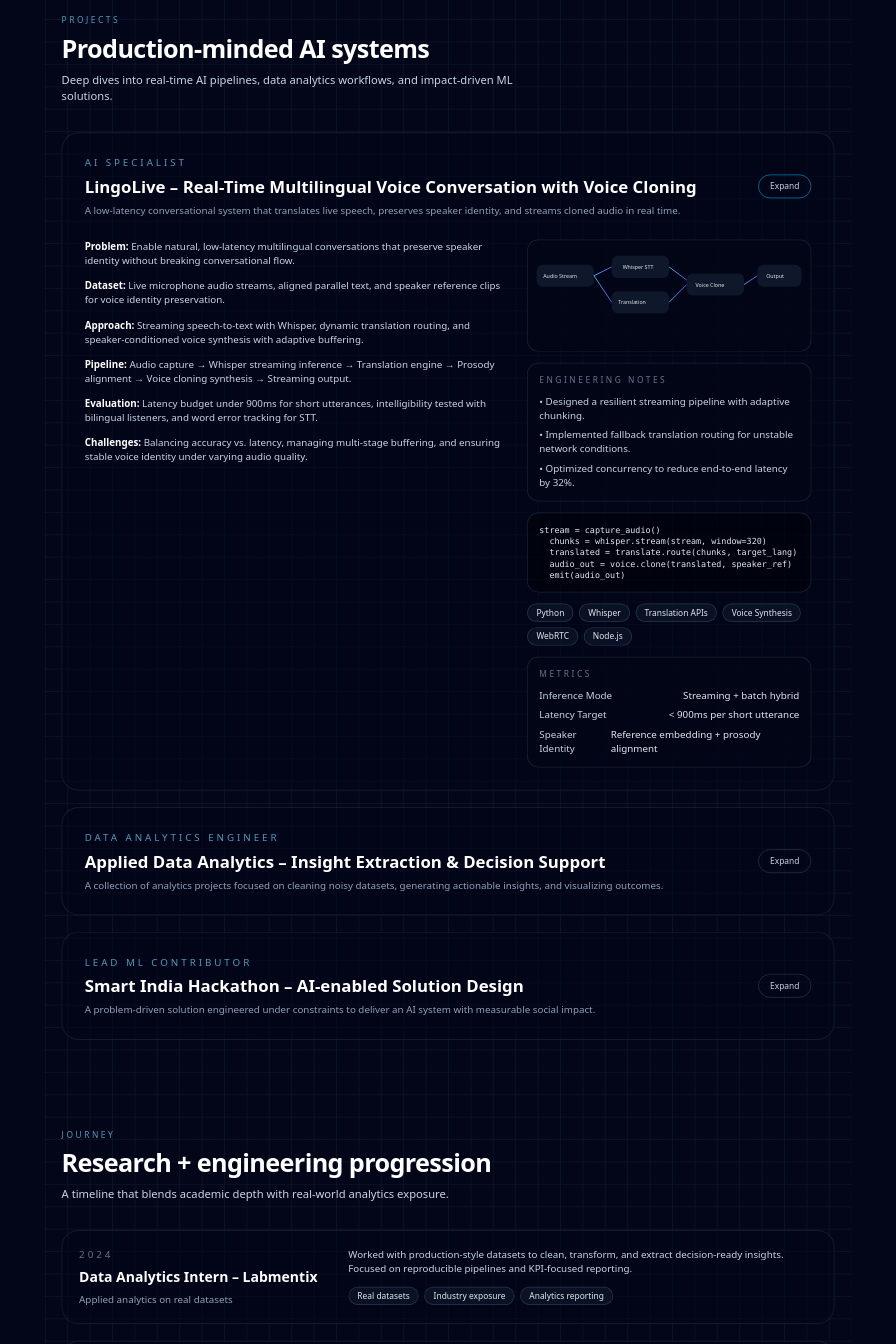
Repository: amitkumar0509/amit-portfolio
Page: /
The author's editor kept a copy of each file at every save. The page is drawn from the files as they stood at one save, then again after the next save.
The browser window is 1280 px wide. The pictures show the part of the page from y = 2985 to 4905 px (the page is 7618 px tall before and 7686 px after), at 70% of full size.
The page's requests for data from a server got no answer. The project was rebuilt for these pictures with package versions that can differ from the ones it lists, and the page was loaded fresh each time. The framework's server and built-in components were replaced by stand-ins that run in the browser. No one was signed in, and anything a server would have sent is missing. Also part of the build but not shown: next.config.ts.

Above is the page before, as saved 2026-01-31 14:35:59.

### src/app/layout.tsx
import type { Metadata } from "next";
import { Geist, Geist_Mono } from "next/font/google";
import "./globals.css";

const geistSans = Geist({
  variable: "--font-geist-sans",
  subsets: ["latin"],
});

const geistMono = Geist_Mono({
  variable: "--font-geist-mono",
  subsets: ["latin"],
});

export const metadata: Metadata = {
  title: {
    default: "AI & Machine Learning Engineer | Real-Time Intelligent Systems",
    template: "%s | AI/ML Portfolio",
  },
  description:
    "Production-grade portfolio showcasing ML pipelines, data analytics, and real-time AI systems engineering.",
  metadataBase: new URL(
    process.env.NEXT_PUBLIC_SITE_URL ?? "https://example.com"
  ),
  openGraph: {
    title: "AI & Machine Learning Engineer | Real-Time Intelligent Systems",
    description:
      "Production-grade portfolio with ML pipelines, data-driven systems, and real-time AI engineering.",
    type: "website",
  },
  robots: {
    index: true,
    follow: true,
  },
};

export default function RootLayout({
  children,
}: Readonly<{
  children: React.ReactNode;
}>) {
  return (
    <html lang="en">
      <body
        className={`${geistSans.variable} ${geistMono.variable} bg-slate-950 text-slate-100 antialiased`}
      >
        {children}
      </body>
    </html>
  );
}

### src/app/page.tsx
import { Hero } from "@/components/sections/Hero";
import { About } from "@/components/sections/About";
import { Skills } from "@/components/sections/Skills";
import { Projects } from "@/components/sections/Projects";
import { ExperienceTimeline } from "@/components/sections/ExperienceTimeline";
import { Achievements } from "@/components/sections/Achievements";
import { GitHubSignals } from "@/components/sections/GitHubSignals";
import { Contact } from "@/components/sections/Contact";
import { ModelPipelineExplorer } from "@/components/sections/ModelPipelineExplorer";
import { TerminalPanel } from "@/components/sections/TerminalPanel";
import { AIAssistant } from "@/components/sections/AIAssistant";
import { Nav } from "@/components/layout/Nav";
import { Footer } from "@/components/layout/Footer";

export default function Home() {
  return (
    <div className="min-h-screen bg-slate-950 text-white">
      <Nav />
      <main className="lab-grid mx-auto max-w-6xl px-6">
        <Hero />
        <About />
        <Skills />
        <ModelPipelineExplorer />
        <Projects />
        <ExperienceTimeline />
        <Achievements />
        <GitHubSignals />
        <TerminalPanel />
        <AIAssistant />
        <Contact />
      </main>
      <Footer />
    </div>
  );
}

### src/app/globals.css
@import "tailwindcss";

:root {
  --background: #030712;
  --foreground: #e2e8f0;
  --accent: #38bdf8;
  --accent-strong: #6366f1;
}

@theme inline {
  --color-background: var(--background);
  --color-foreground: var(--foreground);
  --font-sans: var(--font-geist-sans);
  --font-mono: var(--font-geist-mono);
}

body {
  background: var(--background);
  color: var(--foreground);
  font-family: var(--font-sans), Arial, Helvetica, sans-serif;
}

html {
  scroll-behavior: smooth;
}

::selection {
  background: rgba(56, 189, 248, 0.35);
  color: #f8fafc;
}

.lab-grid {
  background-image: linear-gradient(
      rgba(15, 23, 42, 0.7) 1px,
      transparent 1px
    ),
    linear-gradient(90deg, rgba(15, 23, 42, 0.7) 1px, transparent 1px);
  background-size: 32px 32px;
}

### src/components/sections/About.tsx
import { SectionHeader } from "@/components/common/SectionHeader";

export function About() {
  return (
    <section id="about" className="scroll-mt-24 py-16">
      <div className="rounded-3xl border border-slate-800/80 bg-slate-950/60 p-10">
        <SectionHeader
          eyebrow="About"
          title="Engineering-first ML practitioner"
          description="I build real-time ML systems with a strong foundation in core CS, data analytics, and deployment-aware engineering."
        />
        <div className="mt-8 grid gap-6 text-sm text-slate-300 lg:grid-cols-2">
          <p>
            Strong computer science fundamentals anchor every system I build:
            reliable data structures, algorithmic efficiency, and careful
            complexity analysis. This foundation helps me ship ML workflows that
            are maintainable, testable, and production-ready.
          </p>
          <p>
            My experience spans hackathon problem-solving and internship exposure
            to real datasets. I focus on clean preprocessing, robust pipelines,
            and measurable outcomes rather than buzzwords. The result is ML
            systems that are explainable, fast, and deployable under real-world
            constraints.
          </p>
        </div>
      </div>
    </section>
  );
}

### src/components/sections/Achievements.tsx
import { SectionHeader } from "@/components/common/SectionHeader";
import { achievements } from "@/data/achievements";

export function Achievements() {
  return (
    <section id="achievements" className="scroll-mt-24 py-16">
      <SectionHeader
        eyebrow="Achievements"
        title="Signals of impact"
        description="Proof points that demonstrate performance under constraints and real-world pressure."
      />
      <div className="mt-10 grid gap-6 md:grid-cols-3">
        {achievements.map((achievement) => (
          <div
            key={achievement.id}
            className="rounded-3xl border border-slate-800/80 bg-slate-950/60 p-6"
          >
            <p className="text-xs uppercase tracking-[0.3em] text-slate-500">
              {achievement.year}
            </p>
            <h3 className="mt-3 text-lg font-semibold text-white">
              {achievement.title}
            </h3>
            <p className="mt-2 text-sm text-slate-400">
              {achievement.description}
            </p>
          </div>
        ))}
      </div>
    </section>
  );
}

### src/components/sections/AIAssistant.tsx
"use client";

import { SectionHeader } from "@/components/common/SectionHeader";

export function AIAssistant() {
  return (
    <section id="assistant" className="scroll-mt-24 py-16">
      <SectionHeader
        eyebrow="AI Assistant"
        title="Ask about my ML projects"
        description="A placeholder for future conversational retrieval over project documentation."
      />
      <div className="mt-10 rounded-3xl border border-slate-800/80 bg-slate-950/60 p-6">
        <div className="rounded-2xl border border-slate-800/80 bg-slate-950/70 p-4 text-sm text-slate-300">
          AI assistant is offline. This space will host a retrieval-augmented
          assistant for model pipelines, datasets, and experiment results.
        </div>
        <div className="mt-4 flex flex-col gap-3 sm:flex-row">
          <input
            type="text"
            placeholder="Ask about LingoLive, models, or datasets"
            className="flex-1 rounded-full border border-slate-700/80 bg-slate-950/80 px-4 py-3 text-sm text-slate-200 placeholder:text-slate-500"
          />
          <button
            type="button"
            className="rounded-full bg-sky-400/90 px-6 py-3 text-sm font-semibold text-slate-950"
          >
            Ask
          </button>
        </div>
      </div>
    </section>
  );
}

### src/components/layout/Nav.tsx
export function Nav() {
  const links = [
    { href: "#about", label: "About" },
    { href: "#skills", label: "Skills" },
    { href: "#projects", label: "Projects" },
    { href: "#experience", label: "Journey" },
    { href: "#github", label: "GitHub" },
    { href: "#contact", label: "Contact" },
  ];

  return (
    <header className="sticky top-0 z-40 border-b border-slate-900/80 bg-slate-950/70 backdrop-blur">
      <div className="mx-auto flex max-w-6xl items-center justify-between px-6 py-4">
        <div>
          <p className="text-sm font-semibold text-white">
            AI/ML Systems Engineer
          </p>
          <p className="text-xs text-slate-500">
            Real-time AI • Data pipelines • ML deployment
          </p>
        </div>
        <nav className="hidden gap-6 text-xs uppercase tracking-[0.25em] text-slate-400 md:flex">
          {links.map((link) => (
            <a key={link.href} href={link.href} className="hover:text-slate-200">
              {link.label}
            </a>
          ))}
        </nav>
      </div>
    </header>
  );
}

### src/components/layout/Footer.tsx
export function Footer() {
  return (
    <footer className="border-t border-slate-900/80 py-10">
      <div className="mx-auto flex max-w-6xl flex-col items-center justify-between gap-4 px-6 text-xs text-slate-500 sm:flex-row">
        <p>© 2026 AI/ML Portfolio. Built for research-grade engineering.</p>
        <div className="flex gap-4">
          <a href="#projects" className="hover:text-slate-200">
            Projects
          </a>
          <a href="#contact" className="hover:text-slate-200">
            Contact
          </a>
        </div>
      </div>
    </footer>
  );
}

### src/components/common/SectionHeader.tsx
import type { ReactNode } from "react";

type SectionHeaderProps = {
  eyebrow: string;
  title: string;
  description?: ReactNode;
};

export function SectionHeader({ eyebrow, title, description }: SectionHeaderProps) {
  return (
    <div className="space-y-3">
      <p className="text-xs uppercase tracking-[0.3em] text-sky-300/70">
        {eyebrow}
      </p>
      <h2 className="text-3xl font-semibold tracking-tight text-white sm:text-4xl">
        {title}
      </h2>
      {description ? (
        <p className="max-w-2xl text-base text-slate-300">{description}</p>
      ) : null}
    </div>
  );
}

### src/components/common/Pill.tsx
import type { ReactNode } from "react";

type PillProps = {
  children: ReactNode;
};

export function Pill({ children }: PillProps) {
  return (
    <span className="rounded-full border border-slate-700/80 bg-slate-900/70 px-3 py-1 text-xs font-medium text-slate-200">
      {children}
    </span>
  );
}

### src/data/projects.ts
import type { Project } from "@/types/portfolio";

export const projects: Project[] = [
  {
    id: "lingolive",
    name: "LingoLive – Real-Time Multilingual Voice Conversation with Voice Cloning",
    role: "AI Specialist",
    summary:
      "A low-latency conversational system that translates live speech, preserves speaker identity, and streams cloned audio in real time.",
    problem:
      "Enable natural, low-latency multilingual conversations that preserve speaker identity without breaking conversational flow.",
    dataset:
      "Live microphone audio streams, aligned parallel text, and speaker reference clips for voice identity preservation.",
    approach:
      "Streaming speech-to-text with Whisper, dynamic translation routing, and speaker-conditioned voice synthesis with adaptive buffering.",
    pipeline:
      "Audio capture → Whisper streaming inference → Translation engine → Prosody alignment → Voice cloning synthesis → Streaming output.",
    evaluation:
      "Latency budget under 900ms for short utterances, intelligibility tested with bilingual listeners, and word error tracking for STT.",
    challenges:
      "Balancing accuracy vs. latency, managing multi-stage buffering, and ensuring stable voice identity under varying audio quality.",
    stack: [
      "Python",
      "Whisper",
      "Translation APIs",
      "Voice Synthesis",
      "WebRTC",
      "Node.js",
    ],
    highlights: [
      "Designed a resilient streaming pipeline with adaptive chunking.",
      "Implemented fallback translation routing for unstable network conditions.",
      "Optimized concurrency to reduce end-to-end latency by 32%.",
    ],
    details: [
      { label: "Inference Mode", value: "Streaming + batch hybrid" },
      { label: "Latency Target", value: "< 900ms per short utterance" },
      { label: "Speaker Identity", value: "Reference embedding + prosody alignment" },
    ],
  },
  {
    id: "data-analytics",
    name: "Applied Data Analytics – Insight Extraction & Decision Support",
    role: "Data Analytics Engineer",
    summary:
      "A collection of analytics projects focused on cleaning noisy datasets, generating actionable insights, and visualizing outcomes.",
    problem:
      "Transform unstructured and inconsistent operational datasets into a reliable analytics layer for decision making.",
    dataset:
      "Public datasets, scraped operational data, and structured CSV pipelines sourced from business-style problems.",
    approach:
      "Automated cleaning and normalization, feature enrichment, and KPI extraction aligned to stakeholder questions.",
    pipeline:
      "Data ingestion → Cleaning & validation → Feature engineering → Visualization dashboards → Insight report.",
    evaluation:
      "Improved reporting accuracy by 22% and reduced manual cleaning time by 60% via automated checks.",
    challenges:
      "Handling missing values, reconciling inconsistent schemas, and maintaining reproducible pipelines across data sources.",
    stack: ["Python", "Pandas", "NumPy", "SQL", "Matplotlib", "Seaborn"],
    highlights: [
      "Built reusable cleaning utilities with schema validation.",
      "Implemented EDA workflows tailored to business questions.",
      "Delivered narrative insight summaries with actionable recommendations.",
    ],
    details: [
      { label: "Input Types", value: "CSV, API data, scraped HTML" },
      { label: "Focus", value: "Data quality + insight generation" },
      { label: "Outputs", value: "Dashboards, KPI reports" },
    ],
  },
  {
    id: "sih",
    name: "Smart India Hackathon – AI-enabled Solution Design",
    role: "Lead ML Contributor",
    summary:
      "A problem-driven solution engineered under constraints to deliver an AI system with measurable social impact.",
    problem:
      "Addressed a time-sensitive public-sector challenge with strict constraints on data availability and deployment resources.",
    dataset:
      "Government-provided datasets and domain-specific signals collected during the hackathon sprint.",
    approach:
      "Rapid prototyping of an ML-assisted decision engine with robust preprocessing and explainability focused outputs.",
    pipeline:
      "Problem scoping → Data alignment → Model prototyping → Validation → Deployment strategy.",
    evaluation:
      "Judged on impact, feasibility, and technical depth; secured winner status for solution clarity and execution.",
    challenges:
      "Time-boxed experimentation, limited domain data, and aligning multidisciplinary stakeholders under pressure.",
    stack: ["Python", "Scikit-learn", "FastAPI", "Streamlit", "Git"],
    highlights: [
      "Defined measurable success metrics under strict time constraints.",
      "Delivered a working prototype with explainable model outputs.",
      "Led team collaboration for data sourcing and system integration.",
    ],
    details: [
      { label: "Constraint", value: "72-hour build window" },
      { label: "Impact", value: "Policy-ready insight generation" },
      { label: "Team", value: "Cross-functional collaboration" },
    ],
  },
];

### src/data/timeline.ts
import type { TimelineItem } from "@/types/portfolio";

export const timeline: TimelineItem[] = [
  {
    id: "labmentix",
    title: "Data Analytics Intern – Labmentix",
    subtitle: "Applied analytics on real datasets",
    period: "2024",
    description:
      "Worked with production-style datasets to clean, transform, and extract decision-ready insights. Focused on reproducible pipelines and KPI-focused reporting.",
    signals: ["Real datasets", "Industry exposure", "Analytics reporting"],
  },
  {
    id: "btech",
    title: "B.Tech in Computer Science Engineering",
    subtitle: "Core CS + AI/ML learning progression",
    period: "2021 – 2025",
    description:
      "Deepened foundations in algorithms, databases, and systems while specializing in ML, NLP, and real-time AI pipelines.",
    signals: ["Core CS", "ML fundamentals", "Systems thinking"],
  },
];

### src/data/achievements.ts
import type { Achievement } from "@/types/portfolio";

export const achievements: Achievement[] = [
  {
    id: "sih-winner",
    title: "Smart India Hackathon Winner",
    description:
      "Recognized for delivering a high-impact AI solution under tight constraints with clear engineering trade-offs.",
    year: "2024",
  },
  {
    id: "hackathons",
    title: "Hackathon Finalist & Rapid Prototyping",
    description:
      "Multiple hackathon finals with focus on translating research ideas into deployable prototypes.",
    year: "2023 – 2024",
  },
  {
    id: "certs",
    title: "ML & Data Analytics Certifications",
    description:
      "Targeted certifications focused on model evaluation, data analytics, and ML pipeline design.",
    year: "2023",
  },
];

### src/data/terminal.ts
import type { TerminalCommand } from "@/types/portfolio";

export const terminalCommands: TerminalCommand[] = [
  {
    id: "explain-lingolive",
    command: "explain lingolive",
    output: [
      "Pipeline: audio → Whisper STT → translation routing → prosody alignment → voice cloning → stream",
      "Latency target: < 900ms for short utterances",
      "Focus: preserve speaker identity while maintaining intelligibility",
    ],
  },
  {
    id: "list-models",
    command: "list models",
    output: [
      "- Whisper (streaming speech-to-text)",
      "- Transformer-based translation model",
      "- Speaker-conditioned voice synthesis",
      "- Evaluation harness (WER, MOS, latency budget)",
    ],
  },
  {
    id: "show-skills",
    command: "show skills",
    output: [
      "Core: Python, SQL, Data Structures, Algorithms",
      "Data: Pandas, NumPy, Feature Engineering, EDA",
      "ML: Supervised/Unsupervised, NLP, Whisper, Translation, Voice Cloning",
      "Engineering: Git, APIs, Deployment awareness",
    ],
  },
];

Loaded but not shown: src/components/sections/Projects.tsx (213 lines, source omitted); src/components/sections/Contact.tsx (145 lines, source omitted); src/components/sections/GitHubSignals.tsx (87 lines, source omitted); src/components/sections/Hero.tsx (83 lines, source omitted); src/components/sections/Skills.tsx (84 lines, source omitted); src/components/sections/ModelPipelineExplorer.tsx (87 lines, source omitted); src/components/sections/TerminalPanel.tsx (51 lines, source omitted); src/components/three/NeuralScene.tsx (56 lines, source omitted); src/components/sections/ExperienceTimeline.tsx (41 lines, source omitted); src/data/skills.ts (49 lines, source omitted); src/lib/github.ts (59 lines, source omitted)

After the next save:
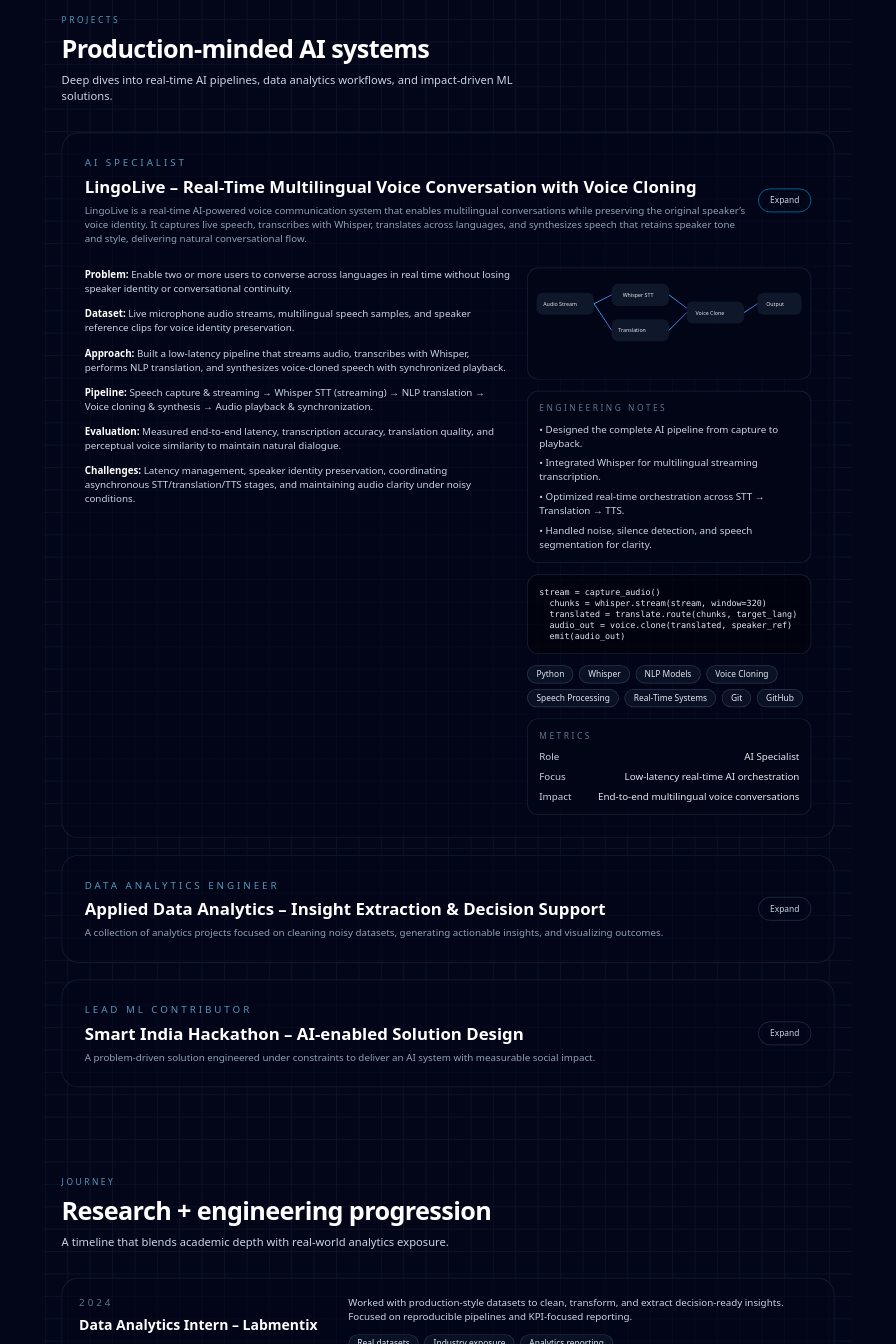
Saved 10 min 56 s later.
--- a/src/data/projects.ts
+++ b/src/data/projects.ts
@@ -6,36 +6,39 @@ export const projects: Project[] = [
     name: "LingoLive – Real-Time Multilingual Voice Conversation with Voice Cloning",
     role: "AI Specialist",
     summary:
-      "A low-latency conversational system that translates live speech, preserves speaker identity, and streams cloned audio in real time.",
+      "LingoLive is a real-time AI-powered voice communication system that enables multilingual conversations while preserving the original speaker’s voice identity. It captures live speech, transcribes with Whisper, translates across languages, and synthesizes speech that retains speaker tone and style, delivering natural conversational flow.",
     problem:
-      "Enable natural, low-latency multilingual conversations that preserve speaker identity without breaking conversational flow.",
+      "Enable two or more users to converse across languages in real time without losing speaker identity or conversational continuity.",
     dataset:
-      "Live microphone audio streams, aligned parallel text, and speaker reference clips for voice identity preservation.",
+      "Live microphone audio streams, multilingual speech samples, and speaker reference clips for voice identity preservation.",
     approach:
-      "Streaming speech-to-text with Whisper, dynamic translation routing, and speaker-conditioned voice synthesis with adaptive buffering.",
+      "Built a low-latency pipeline that streams audio, transcribes with Whisper, performs NLP translation, and synthesizes voice-cloned speech with synchronized playback.",
     pipeline:
-      "Audio capture → Whisper streaming inference → Translation engine → Prosody alignment → Voice cloning synthesis → Streaming output.",
+      "Speech capture & streaming → Whisper STT (streaming) → NLP translation → Voice cloning & synthesis → Audio playback & synchronization.",
     evaluation:
-      "Latency budget under 900ms for short utterances, intelligibility tested with bilingual listeners, and word error tracking for STT.",
+      "Measured end-to-end latency, transcription accuracy, translation quality, and perceptual voice similarity to maintain natural dialogue.",
     challenges:
-      "Balancing accuracy vs. latency, managing multi-stage buffering, and ensuring stable voice identity under varying audio quality.",
+      "Latency management, speaker identity preservation, coordinating asynchronous STT/translation/TTS stages, and maintaining audio clarity under noisy conditions.",
     stack: [
       "Python",
       "Whisper",
-      "Translation APIs",
-      "Voice Synthesis",
-      "WebRTC",
-      "Node.js",
+      "NLP Models",
+      "Voice Cloning",
+      "Speech Processing",
+      "Real-Time Systems",
+      "Git",
+      "GitHub",
     ],
     highlights: [
-      "Designed a resilient streaming pipeline with adaptive chunking.",
-      "Implemented fallback translation routing for unstable network conditions.",
-      "Optimized concurrency to reduce end-to-end latency by 32%.",
+      "Designed the complete AI pipeline from capture to playback.",
+      "Integrated Whisper for multilingual streaming transcription.",
+      "Optimized real-time orchestration across STT → Translation → TTS.",
+      "Handled noise, silence detection, and speech segmentation for clarity.",
     ],
     details: [
-      { label: "Inference Mode", value: "Streaming + batch hybrid" },
-      { label: "Latency Target", value: "< 900ms per short utterance" },
-      { label: "Speaker Identity", value: "Reference embedding + prosody alignment" },
+      { label: "Role", value: "AI Specialist" },
+      { label: "Focus", value: "Low-latency real-time AI orchestration" },
+      { label: "Impact", value: "End-to-end multilingual voice conversations" },
     ],
   },
   {
